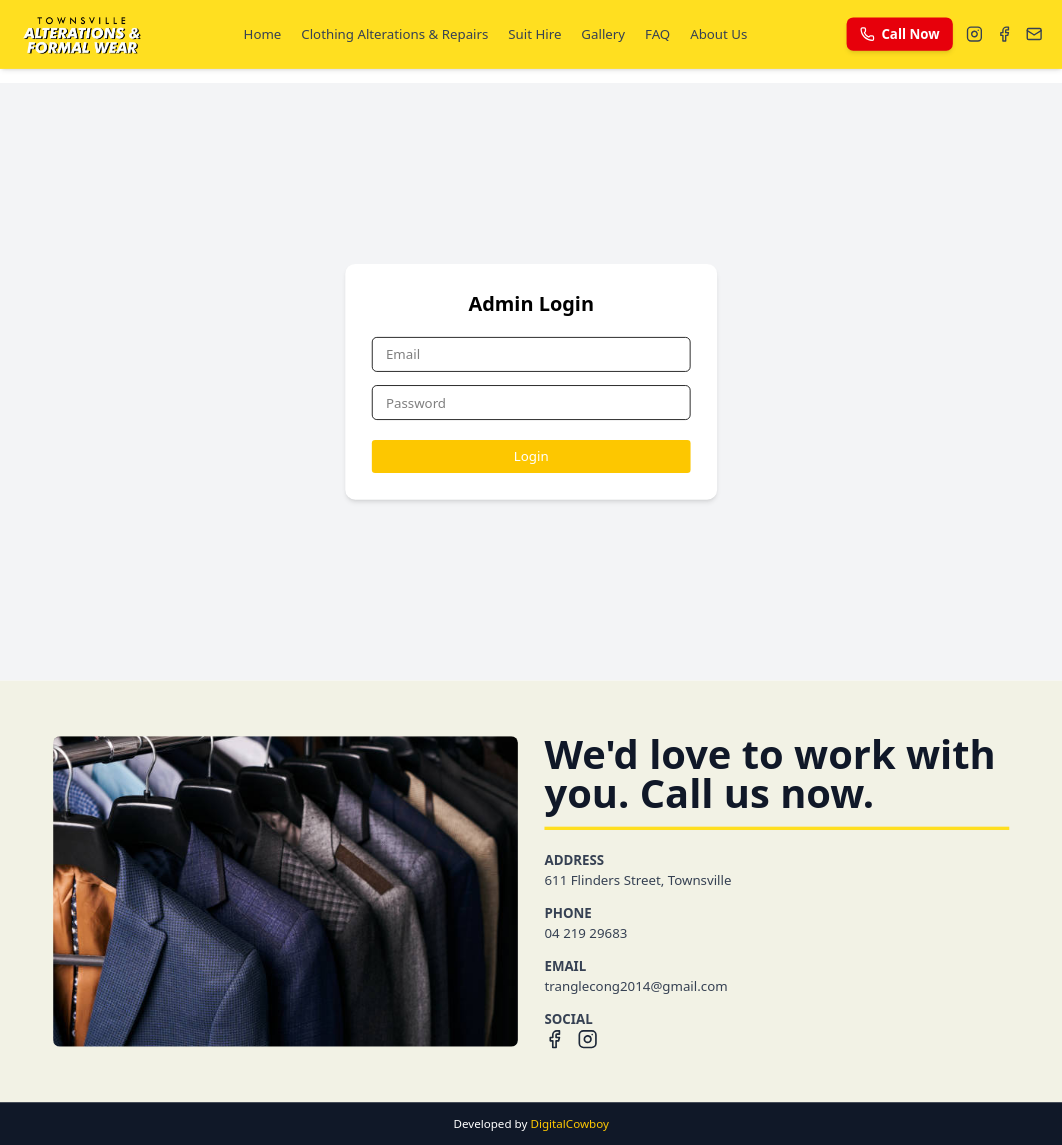
Repository: tarekhasan1/townsville-alteration
Page: /admin-dashboard
These files come from the project's save history. The page is drawn as it stood at one moment and after the next save; the edit follows.
The browser window is 1280 px wide. The pictures show the whole page, at 83% of full size.
The page's requests for data from a server got no answer. The project was rebuilt for these pictures with package versions that can differ from the ones it lists, and the page was loaded fresh each time. The framework's server and built-in components were replaced by stand-ins that run in the browser. No one was signed in, and anything a server would have sent is missing. Also part of the build but not shown: next.config.ts, src/app/admin-dashboard/AdminDashboard.tsx.

Above is the page before, as saved 2026-01-20 18:40:03.

### src/app/layout.tsx
import type { Metadata } from "next";
import { Geist, Geist_Mono } from "next/font/google";
import "./globals.css";
import Navbar from "@/components/Navbar";
import ContactSection from "@/components/ContactSection";
import DevelopedBy from "@/components/DevelopedBy";

const geistSans = Geist({
  variable: "--font-geist-sans",
  subsets: ["latin"],
});

const geistMono = Geist_Mono({
  variable: "--font-geist-mono",
  subsets: ["latin"],
});

export const metadata: Metadata = {
  title: "Townsville Alterations and Formal Wear | Tailoring, Suit Hire, Alterations",
  description: "Townsville Alterations and Formal Wear - Reinvent Your Wardrobe. Hire or tailor-make outfits that turn heads. Expert suit hire, bridal alterations, and tailoring in Townsville.",
  keywords: "Townsville Tailoring, Formal Wear Townsville, Suit Hire, Alterations, Wedding Dress Alterations, Custom Tailoring",
  authors: [{ name: "Townsville Alterations & Formal Wear" }],
  creator: "Townsville Alterations & Formal Wear",
  publisher: "Townsville Alterations & Formal Wear",
  robots: "index, follow",
  icons: "/logo.png",
};

export default function RootLayout({
  children,
}: Readonly<{
  children: React.ReactNode;
}>) {
  return (
    <html lang="en">
      <body className={`${geistSans.variable} ${geistMono.variable} antialiased`}>
        <Navbar />
        {children}
        <ContactSection />
        <DevelopedBy />
      </body>
    </html>
  );
}

### src/app/admin-dashboard/page.tsx
import React from 'react';
import AdminLogin from './AdminLogin';

const page = () => {
    return (
        <div className='pt-[100px]'>
            <AdminLogin/>
        </div>
    );
};

export default page;

### src/app/globals.css
@import "tailwindcss";

:root {
  --background: #ffffff;
  --foreground: #171717;
}

### src/components/ContactSection.tsx
'use client';

import Image from 'next/image';
import { Facebook, Instagram } from 'lucide-react';

export default function ContactSection() {
  return (
    <footer
      id="contact"
      aria-labelledby="contact-us"
      className="bg-[#f2f2e5] p-8 md:p-12 lg:p-16"
    >
      <div className="mx-auto grid grid-cols-1 md:grid-cols-2 gap-8 items-center">
        <div className="w-full h-auto relative">
          <Image
            src="/tailored-suit.jpg"
            alt="Tailored suits on hangers"
            width={600}
            height={400}
            className="rounded-lg"
            priority
          />
        </div>
        <div className="space-y-6 text-center md:text-left">
          <h2
            id="contact-us"
            className="text-4xl md:text-5xl font-bold text-gray-900 mb-4"
          >
            We&apos;d love to work with you. Call us now.
          </h2>
          <hr className="border-yellow-300 border-[2px]" />
          <div className="space-y-4 text-gray-700">
            <div>
              <h3 className="font-semibold">ADDRESS</h3>
              <p>611 Flinders Street, Townsville</p>
            </div>
            <div>
              <h3 className="font-semibold">PHONE</h3>
              <p>04 219 29683</p>
            </div>
            <div>
              <h3 className="font-semibold">EMAIL</h3>
              <p>
                <a
                  href="mailto:tranglecong2014@gmail.com"
                  className="hover:text-gray-600"
                  aria-label="Email us at sales@tsvalterationsandformalwear.com"
                >
                  tranglecong2014@gmail.com
                </a>
              </p>
            </div>
            <div>
              <h3 className="font-semibold">SOCIAL</h3>
              <div className="flex justify-center md:justify-start space-x-4 text-xl">
                <a
                  target="_blank"
                  href="https://www.facebook.com/DressmakingAlterationsTownsville"
                  aria-label="Facebook - Townsville Alterations and Formal Wear"
                  className="text-gray-800 hover:text-gray-600"
                >
                  <Facebook size={24} />
                </a>
                <a
                  target="_blank"
                  href="https://www.instagram.com/tsvalterationformal?igsh=bXJkaXp3eXN4Yml2"
                  aria-label="Instagram - Townsville Alterations and Formal Wear"
                  className="text-gray-800 hover:text-gray-600"
                >
                  <Instagram size={24} />
                </a>
              </div>
            </div>
          </div>
        </div>
      </div>
    </footer>
  );
}

### src/components/DevelopedBy.tsx
// components/DevelopedBy.js

import React from 'react';

const DevelopedBy = () => {
  return (
    <footer className="bg-gray-900 text-white text-center py-4">
      <p className="text-sm">
        Developed by{' '}
        <a
          href="https://digitalcowboy.com.au"
          className="text-yellow-400 hover:underline"
          target="_blank"
          rel="noopener noreferrer"
        >
          DigitalCowboy
        </a>
      </p>
    </footer>
  );
};

export default DevelopedBy;

### src/app/admin-dashboard/AdminLogin.tsx
'use client';

import { useState, useEffect } from 'react';
import AdminDashboard from './AdminDashboard';
import { collection, getDocs } from 'firebase/firestore';
import { db } from '@/firebase/config'; // Adjust the path if needed

export default function AdminPage() {
  const [email, setEmail] = useState('');
  const [password, setPassword] = useState('');
  const [isLoggedIn, setIsLoggedIn] = useState(false);

  useEffect(() => {
    const isAuth = localStorage.getItem('admin-authenticated');
    if (isAuth === 'true') {
      setIsLoggedIn(true);
    }
  }, []);

  const handleLogin = async () => {
    try {
      const snapshot = await getDocs(collection(db, 'admin'));
      const credentials = snapshot.docs.map((doc) => doc.data());

      const isMatch = credentials.some(
        (cred) => cred.email === email && cred.password === password
      );

      if (isMatch) {
        setIsLoggedIn(true);
        localStorage.setItem('admin-authenticated', 'true');
      } else {
        alert('Invalid credentials');
      }
    } catch (error) {
      console.error('Error fetching credentials:', error);
      alert('Login failed. Please try again.');
    }
  };

  const handleLogout = () => {
    setIsLoggedIn(false);
    localStorage.removeItem('admin-authenticated');
  };

  if (!isLoggedIn) {
    return (
      <div className="min-h-screen flex flex-col items-center justify-center bg-gray-100">
        <div className="bg-white p-8 rounded-xl shadow-md w-full max-w-md">
          <h2 className="text-2xl font-bold text-center mb-6">Admin Login</h2>
          <input
            type="email"
            placeholder="Email"
            className="w-full mb-4 px-4 py-2 border rounded-md"
            value={email}
            onChange={(e) => setEmail(e.target.value)}
          />
          <input
            type="password"
            placeholder="Password"
            className="w-full mb-6 px-4 py-2 border rounded-md"
            value={password}
            onChange={(e) => setPassword(e.target.value)}
          />
          <button
            onClick={handleLogin}
            className="w-full bg-yellow-400 text-white py-2 rounded hover:bg-yellow-500"
          >
            Login
          </button>
        </div>
      </div>
    );
  }

  return (
    <div className="min-h-screen bg-white p-10">
      <div className="flex justify-between items-center mb-6">
        <h2 className="text-2xl font-bold">Admin Dashboard</h2>
        <button
          onClick={handleLogout}
          className="text-sm bg-gray-200 px-4 py-2 rounded hover:bg-gray-300"
        >
          Logout
        </button>
      </div>

      <div className="space-y-8">
        <AdminDashboard />
      </div>
    </div>
  );
}

### src/firebase/config.ts
// Import the functions you need from the SDKs you need
import { initializeApp } from "firebase/app";
import { getFirestore } from 'firebase/firestore';
import { getStorage } from 'firebase/storage';
// TODO: Add SDKs for Firebase products that you want to use
// https://firebase.google.com/docs/web/setup#available-libraries

// Your web app's Firebase configuration
const firebaseConfig = {
  apiKey: process.env.NEXT_PUBLIC_FIREBASE_API_KEY,
  authDomain: process.env.NEXT_PUBLIC_FIREBASE_AUTH_DOMAIN,
  projectId: process.env.NEXT_PUBLIC_FIREBASE_PROJECT_ID,
  storageBucket: process.env.NEXT_PUBLIC_FIREBASE_STORAGE_BUCKET,
  messagingSenderId: process.env.NEXT_PUBLIC_FIREBASE_MESSAGING_SENDER_ID,
  appId: process.env.NEXT_PUBLIC_FIREBASE_APP_ID
};

// Initialize Firebase
const app = initializeApp(firebaseConfig);
export const db = getFirestore(app);
export const storage = getStorage(app);

### actions/admin.action.ts
// admin.actions.ts
import {
  collection,
  getDocs,
  addDoc,
  deleteDoc,
  doc,
  Timestamp,
  query,
  orderBy,
} from "firebase/firestore";
import {
  getStorage,
  ref,
  uploadBytes,
  getDownloadURL,
  deleteObject,
} from "firebase/storage";
import { db } from "@/firebase/config";

export type ImageData = {
  id: string;
  url: string;
  createdAt?: Timestamp;
};

export type CollectionType = "gallery" | "featured" | "suits";

// Authentication
export const authAdmin = async (email: string, password: string) => {
  try {
    const snapshot = await getDocs(collection(db, "admin"));
    const credentials = snapshot.docs.map((doc) => doc.data());

    const isMatch = credentials.some(
      (cred) => cred.email === email && cred.password === password
    );

    return isMatch;
  } catch (error) {
    console.error("Authentication error:", error);
    throw new Error("Authentication failed");
  }
};

// Fetch images from any collection
export const fetchImages = async (collectionName: CollectionType): Promise<ImageData[]> => {
  try {
    const q = query(
      collection(db, collectionName),
      orderBy("createdAt", "desc")
    );
    const snapshot = await getDocs(q);
    return snapshot.docs.map((doc) => ({
      id: doc.id,
      url: doc.data().url,
      createdAt: doc.data().createdAt,
    }));
  } catch (error) {
    console.error(`Error fetching ${collectionName}:`, error);
    throw error;
  }
};

// Upload image
export const uploadImage = async (
  file: File,
  targetCollection: CollectionType
): Promise<string> => {
  try {
    const storage = getStorage();
    const timestamp = Date.now();
    const fileExtension = file.name.split('.').pop();
    const fileName = `${timestamp}_${file.name.replace(/\s+/g, '_')}`;
    const filePath = `${targetCollection}/${fileName}`;
    const storageRef = ref(storage, filePath);

    // Upload to storage
    await uploadBytes(storageRef, file);
    const url = await getDownloadURL(storageRef);

    // Save to Firestore
    await addDoc(collection(db, targetCollection), {
      url,
      fileName: file.name,
      fileSize: file.size,
      fileType: file.type,
      createdAt: Timestamp.now(),
      storagePath: filePath,
    });

    return url;
  } catch (error) {
    console.error("Upload failed:", error);
    throw new Error("Failed to upload image");
  }
};

// Delete image
export const deleteImage = async (
  imageId: string,
  imageUrl: string,
  collectionName: CollectionType
): Promise<void> => {
  try {
    const storage = getStorage();

    // Extract file path from URL
    let filePath = "";
    try {
      filePath = decodeURIComponent(
        new URL(imageUrl).pathname.split("/o/")[1].split("?")[0]
      );
    } catch {
      // If URL parsing fails, try to get path from Firestore first
      const imageDoc = await getDocs(query(
        collection(db, collectionName),
        orderBy("createdAt", "desc")
      ));
      const imageData = imageDoc.docs.find(doc => doc.id === imageId);
      filePath = imageData?.data()?.storagePath || "";
    }

    // Delete from storage if path exists
    if (filePath) {
      const fileRef = ref(storage, filePath);
      await deleteObject(fileRef);
    }

    // Delete from Firestore
    await deleteDoc(doc(db, collectionName, imageId));
  } catch (error) {
    console.error("Failed to delete:", error);
    throw new Error("Failed to delete image");
  }
};

// Fetch all collections at once
export const fetchAllImages = async () => {
  try {
    const [gallery, featured, suits] = await Promise.all([
      fetchImages("gallery"),
      fetchImages("featured"),
      fetchImages("suits"),
    ]);
    return { gallery, featured, suits };
  } catch (error) {
    console.error("Error fetching all images:", error);
    throw error;
  }
};

// Validate file
export const validateFile = (file: File | null): string | null => {
  if (!file) return "No file selected";

  const validTypes = ["image/jpeg", "image/png", "image/webp", "image/gif"];
  if (!validTypes.includes(file.type)) {
    return "Only JPEG, PNG, WebP, and GIF formats are supported";
  }

  const maxSize = 5 * 1024 * 1024; // 5MB
  if (file.size > maxSize) {
    return "File size must be less than 5MB";
  }

  return null;
};

Loaded but not shown: src/components/Navbar.tsx (170 lines, source omitted)

After the next save:
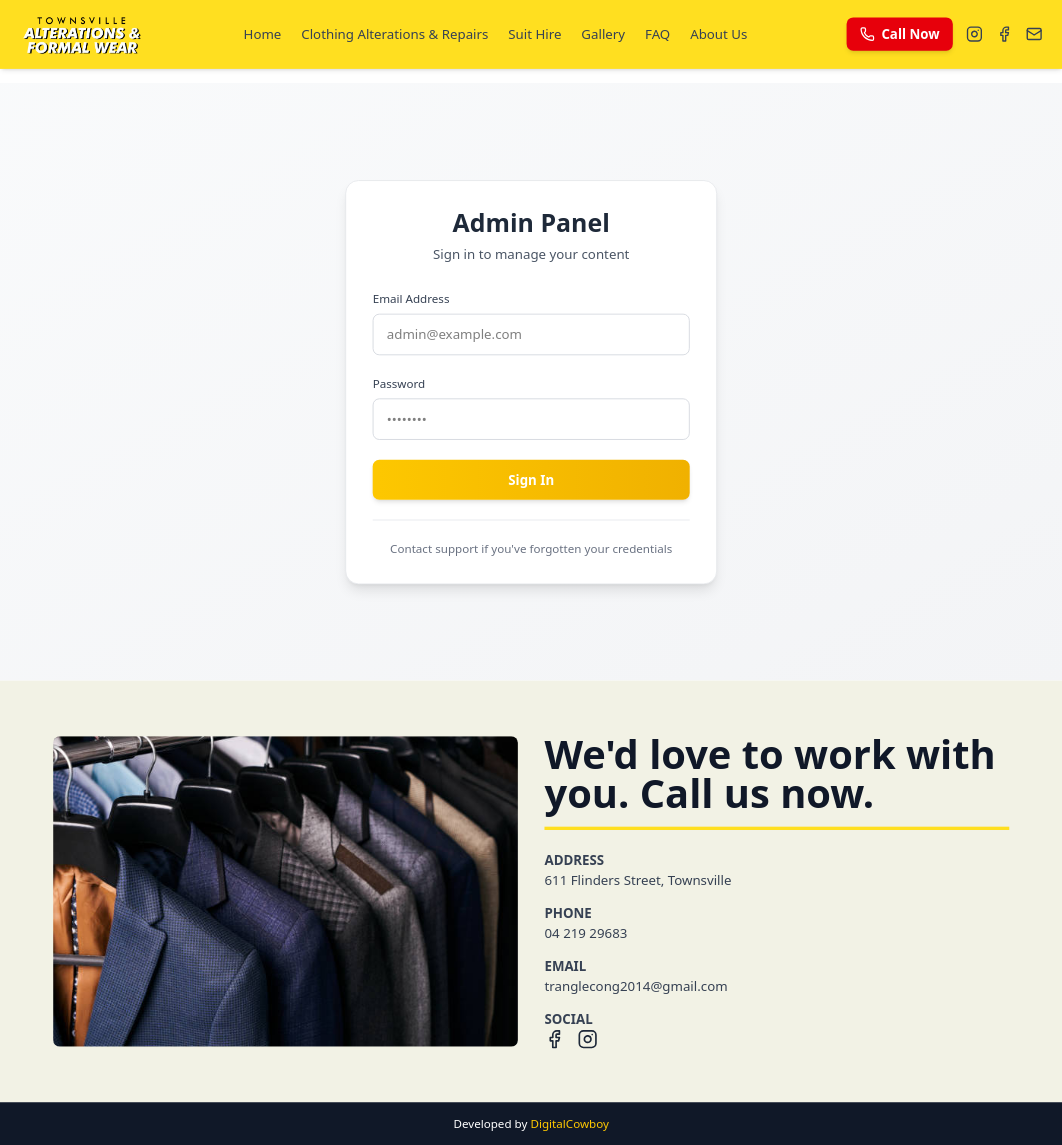
Saved 24 s later.
--- a/src/app/admin-dashboard/AdminLogin.tsx
+++ b/src/app/admin-dashboard/AdminLogin.tsx
@@ -1,14 +1,15 @@
+// AdminLogin.tsx
 'use client';
 
 import { useState, useEffect } from 'react';
 import AdminDashboard from './AdminDashboard';
-import { collection, getDocs } from 'firebase/firestore';
-import { db } from '@/firebase/config'; // Adjust the path if needed
+import { authAdmin } from '../../../actions/admin.action';
 
 export default function AdminPage() {
   const [email, setEmail] = useState('');
   const [password, setPassword] = useState('');
   const [isLoggedIn, setIsLoggedIn] = useState(false);
+  const [loading, setLoading] = useState(false);
 
   useEffect(() => {
     const isAuth = localStorage.getItem('admin-authenticated');
@@ -18,23 +19,26 @@ export default function AdminPage() {
   }, []);
 
   const handleLogin = async () => {
+    if (!email || !password) {
+      alert('Please enter both email and password');
+      return;
+    }
+
+    setLoading(true);
     try {
-      const snapshot = await getDocs(collection(db, 'admin'));
-      const credentials = snapshot.docs.map((doc) => doc.data());
+      const isAuthenticated = await authAdmin(email, password);
 
-      const isMatch = credentials.some(
-        (cred) => cred.email === email && cred.password === password
-      );
-
-      if (isMatch) {
+      if (isAuthenticated) {
         setIsLoggedIn(true);
         localStorage.setItem('admin-authenticated', 'true');
       } else {
         alert('Invalid credentials');
       }
     } catch (error) {
-      console.error('Error fetching credentials:', error);
+      console.error('Login error:', error);
       alert('Login failed. Please try again.');
+    } finally {
+      setLoading(false);
     }
   };
 
@@ -43,51 +47,106 @@ export default function AdminPage() {
     localStorage.removeItem('admin-authenticated');
   };
 
+  const handleKeyPress = (e: React.KeyboardEvent) => {
+    if (e.key === 'Enter') {
+      handleLogin();
+    }
+  };
+
   if (!isLoggedIn) {
     return (
-      <div className="min-h-screen flex flex-col items-center justify-center bg-gray-100">
-        <div className="bg-white p-8 rounded-xl shadow-md w-full max-w-md">
-          <h2 className="text-2xl font-bold text-center mb-6">Admin Login</h2>
-          <input
-            type="email"
-            placeholder="Email"
-            className="w-full mb-4 px-4 py-2 border rounded-md"
-            value={email}
-            onChange={(e) => setEmail(e.target.value)}
-          />
-          <input
-            type="password"
-            placeholder="Password"
-            className="w-full mb-6 px-4 py-2 border rounded-md"
-            value={password}
-            onChange={(e) => setPassword(e.target.value)}
-          />
-          <button
-            onClick={handleLogin}
-            className="w-full bg-yellow-400 text-white py-2 rounded hover:bg-yellow-500"
-          >
-            Login
-          </button>
+      <div className="min-h-screen flex flex-col items-center justify-center bg-gradient-to-br from-gray-50 to-gray-100 p-4">
+        <div className="bg-white p-8 rounded-2xl shadow-lg w-full max-w-md border border-gray-200">
+          <div className="text-center mb-8">
+            <h1 className="text-3xl font-bold text-gray-800 mb-2">Admin Panel</h1>
+            <p className="text-gray-600">Sign in to manage your content</p>
+          </div>
+
+          <div className="space-y-6">
+            <div>
+              <label className="block text-sm font-medium text-gray-700 mb-2">
+                Email Address
+              </label>
+              <input
+                type="email"
+                placeholder="admin@example.com"
+                className="w-full px-4 py-3 border border-gray-300 rounded-lg focus:ring-2 focus:ring-yellow-400 focus:border-transparent transition outline-none"
+                value={email}
+                onChange={(e) => setEmail(e.target.value)}
+                onKeyPress={handleKeyPress}
+                disabled={loading}
+              />
+            </div>
+
+            <div>
+              <label className="block text-sm font-medium text-gray-700 mb-2">
+                Password
+              </label>
+              <input
+                type="password"
+                placeholder="••••••••"
+                className="w-full px-4 py-3 border border-gray-300 rounded-lg focus:ring-2 focus:ring-yellow-400 focus:border-transparent transition outline-none"
+                value={password}
+                onChange={(e) => setPassword(e.target.value)}
+                onKeyPress={handleKeyPress}
+                disabled={loading}
+              />
+            </div>
+
+            <button
+              onClick={handleLogin}
+              disabled={loading}
+              className="w-full bg-gradient-to-r from-yellow-400 to-yellow-500 text-white font-semibold py-3 px-4 rounded-lg hover:from-yellow-500 hover:to-yellow-600 transition-all duration-300 disabled:opacity-50 disabled:cursor-not-allowed shadow-md hover:shadow-lg"
+            >
+              {loading ? (
+                <span className="flex items-center justify-center">
+                  <svg className="animate-spin h-5 w-5 mr-3 text-white" xmlns="http://www.w3.org/2000/svg" fill="none" viewBox="0 0 24 24">
+                    <circle className="opacity-25" cx="12" cy="12" r="10" stroke="currentColor" strokeWidth="4"></circle>
+                    <path className="opacity-75" fill="currentColor" d="M4 12a8 8 0 018-8V0C5.373 0 0 5.373 0 12h4zm2 5.291A7.962 7.962 0 014 12H0c0 3.042 1.135 5.824 3 7.938l3-2.647z"></path>
+                  </svg>
+                  Signing in...
+                </span>
+              ) : (
+                'Sign In'
+              )}
+            </button>
+          </div>
+
+          <div className="mt-6 pt-6 border-t border-gray-200">
+            <p className="text-sm text-gray-500 text-center">
+              Contact support if you've forgotten your credentials
+            </p>
+          </div>
         </div>
       </div>
     );
   }
 
   return (
-    <div className="min-h-screen bg-white p-10">
-      <div className="flex justify-between items-center mb-6">
-        <h2 className="text-2xl font-bold">Admin Dashboard</h2>
-        <button
-          onClick={handleLogout}
-          className="text-sm bg-gray-200 px-4 py-2 rounded hover:bg-gray-300"
-        >
-          Logout
-        </button>
-      </div>
+    <div className="min-h-screen bg-gray-50">
+      <header className="bg-white shadow-sm border-b border-gray-200">
+        <div className="max-w-7xl mx-auto px-4 sm:px-6 lg:px-8 py-4">
+          <div className="flex justify-between items-center">
+            <div>
+              <h1 className="text-2xl font-bold text-gray-900">Admin Dashboard</h1>
+              <p className="text-sm text-gray-600">Manage your website content</p>
+            </div>
+            <button
+              onClick={handleLogout}
+              className="flex items-center gap-2 px-4 py-2 text-sm font-medium text-gray-700 bg-gray-100 hover:bg-gray-200 rounded-lg transition-colors"
+            >
+              <svg className="w-4 h-4" fill="none" stroke="currentColor" viewBox="0 0 24 24">
+                <path strokeLinecap="round" strokeLinejoin="round" strokeWidth="2" d="M17 16l4-4m0 0l-4-4m4 4H7m6 4v1a3 3 0 01-3 3H6a3 3 0 01-3-3V7a3 3 0 013-3h4a3 3 0 013 3v1" />
+              </svg>
+              Logout
+            </button>
+          </div>
+        </div>
+      </header>
 
-      <div className="space-y-8">
+      <main className="max-w-7xl mx-auto px-4 sm:px-6 lg:px-8 py-8">
         <AdminDashboard />
-      </div>
+      </main>
     </div>
   );
 }
